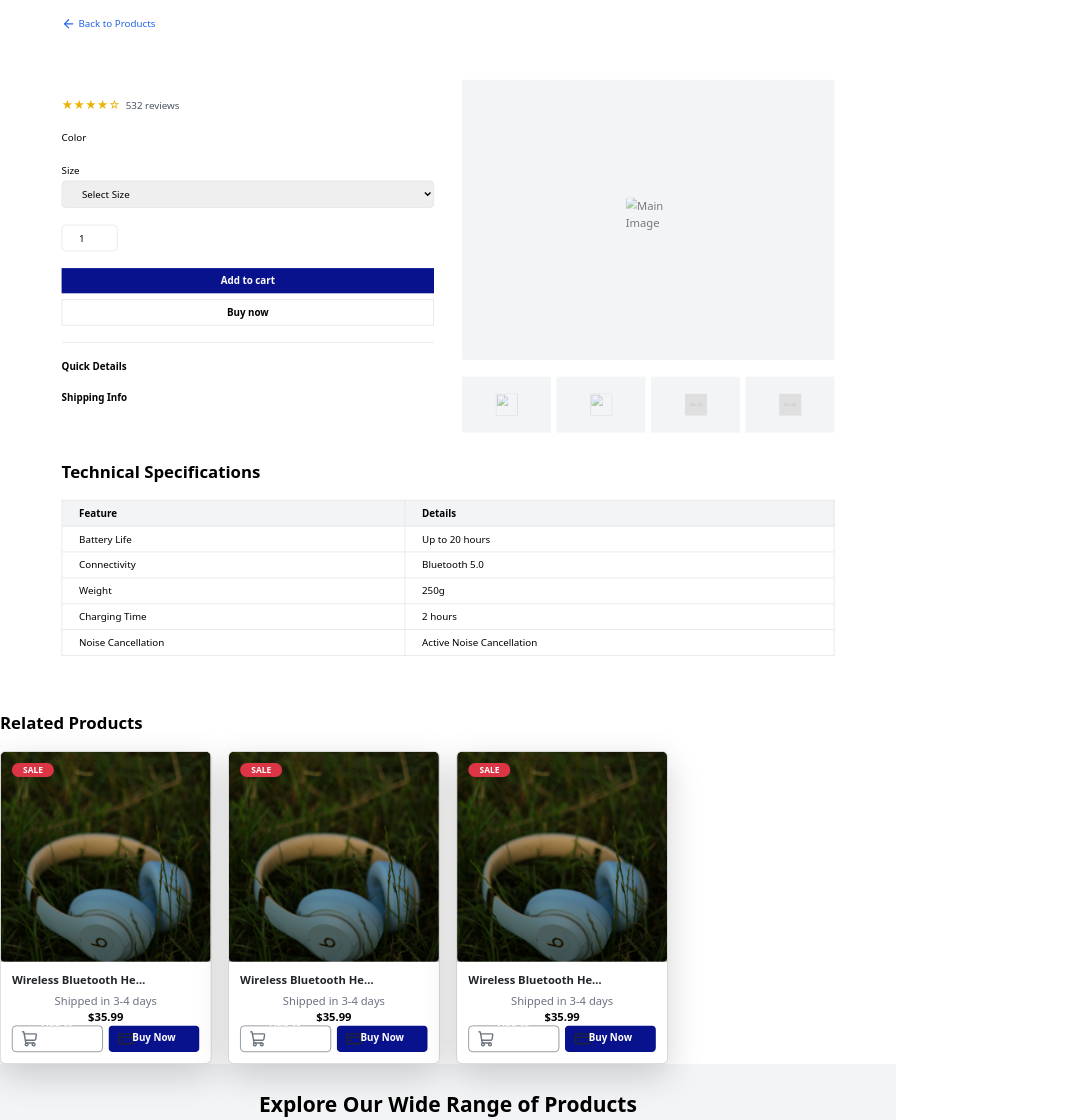
Repository: Davidobi21/macelect
Page: frontend/pages/productpage.html
An editor plug-in stored every save of this project. The page is shown before and after the next save, followed by the edit.
The browser window is 1280 px wide. The page is 1557 px wide, so the pictures cover 1557 px, including what lies to the right of the window. The pictures show the part of the page from y = 0 to 1600 px (the page is 2174 px tall before and 2260 px after), at 70% of full size.
Pictures or frames that could not be fetched are drawn as grey boxes. The page's requests for data from a server got no answer. Some web libraries are served in a nearby version.

Above is the page before, as saved 2025-04-25 07:37:09.

After the next save:
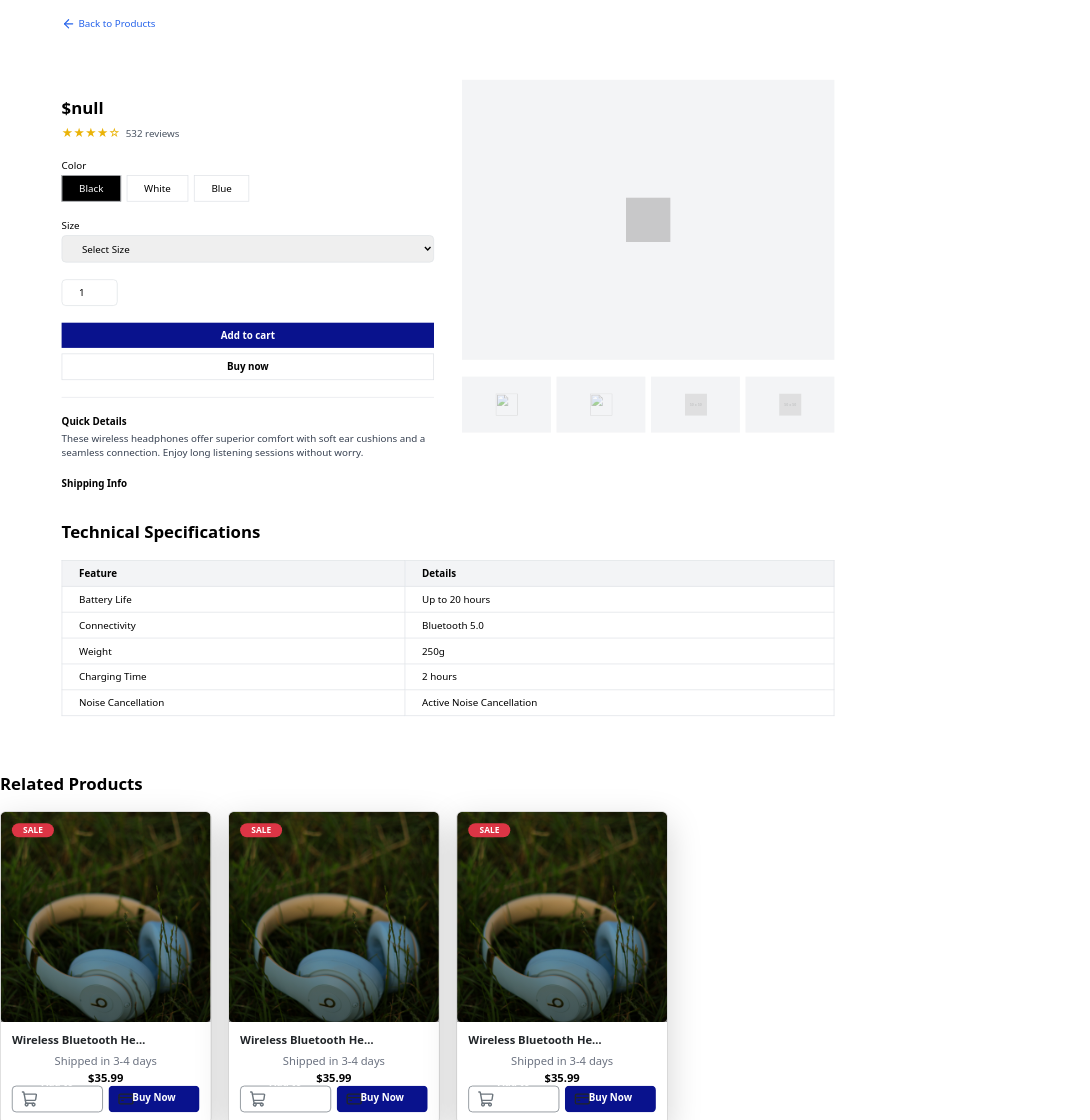
Saved 10 s later.
--- a/frontend/pages/productpage.html
+++ b/frontend/pages/productpage.html
@@ -42,14 +42,21 @@
         <!-- Color Options -->
         <div class="mb-4">
           <p class="text-sm font-medium mb-1">Color</p>
-          <div class="flex space-x-2 color-options"></div>
+          <div class="flex space-x-2">
+            <button class="px-4 py-2 bg-black text-white border border-gray-300 text-sm">Black</button>
+            <button class="px-4 py-2 border border-gray-300 text-sm">White</button>
+            <button class="px-4 py-2 border border-gray-300 text-sm">Blue</button>
+          </div>
         </div>
 
         <!-- Size Dropdown -->
         <div class="mb-4">
           <p class="text-sm font-medium mb-1">Size</p>
-          <select class="w-full border border-gray-300 rounded px-4 py-2 text-sm size-dropdown">
+          <select class="w-full border border-gray-300 rounded px-4 py-2 text-sm">
             <option value="">Select Size</option>
+            <option value="small">Small</option>
+            <option value="medium">Medium</option>
+            <option value="large">Large</option>
           </select>
         </div>
 
@@ -67,10 +74,11 @@
         <!-- Details -->
         <div class="border-t pt-4">
           <h2 class="font-semibold text-sm mb-1">Quick Details</h2>
-          <p class="text-sm text-gray-700 mb-4 quick-details"></p>
+          <p class="text-sm text-gray-700 mb-4">
+            These wireless headphones offer superior comfort with soft ear cushions and a seamless connection. Enjoy long listening sessions without worry.
+          </p>
 
           <h2 class="font-semibold text-sm mb-1 cursor-pointer">Shipping Info</h2>
-          <p class="text-sm text-gray-700 shipping-info"></p>
         </div>
       </div>
 
@@ -303,56 +311,26 @@
   </footer>
   <script src="https://cdn.jsdelivr.net/npm/bootstrap@5.3.0-alpha1/dist/js/bootstrap.bundle.min.js"></script>
   <script>
-    document.addEventListener("DOMContentLoaded", async () => {
+    document.addEventListener("DOMContentLoaded", () => {
+        // Parse query parameters
         const urlParams = new URLSearchParams(window.location.search);
-        const productId = urlParams.get("id");
-
-        if (!productId) {
-            console.error("Product ID not found in the URL.");
-            return;
-        }
-
-        try {
-            // Fetch product details from the backend
-            const response = await fetch(`http://localhost:5000/api/products/${productId}`);
-            const product = await response.json();
-
-            // Update the product page with the fetched details
-            document.querySelector("h1").textContent = product.name;
-            document.querySelector(".product-category").textContent = product.category;
-            document.querySelector(".product-price").textContent = `$${product.price}`;
-            document.querySelector(".main-product-image").src = `http://localhost:5000${product.images[0]}`;
-
-            // Update thumbnails
+        const name = urlParams.get("name");
+        const category = urlParams.get("category");
+        const price = urlParams.get("price");
+        const mainImage = urlParams.get("mainImage");
+        const hoverImage = urlParams.get("hoverImage");
+
+        // Update the product page with the details
+        document.querySelector("h1").textContent = name;
+        document.querySelector(".product-category").textContent = category;
+        document.querySelector(".product-price").textContent = `$${price}`;
+        document.querySelector(".main-product-image").src = mainImage;
+
+        // Update thumbnails if hoverImage exists
+        if (hoverImage) {
             const thumbnails = document.querySelectorAll(".thumbnail");
-            thumbnails[0].src = `http://localhost:5000${product.images[0]}`;
-            if (product.images[1]) {
-                thumbnails[1].src = `http://localhost:5000${product.images[1]}`;
-            }
-
-            // Update color options
-            const colorContainer = document.querySelector(".color-options");
-            colorContainer.innerHTML = product.colors.map(color => `
-                <button class="px-4 py-2 border border-gray-300 text-sm" style="background-color: ${color};">${color}</button>
-            `).join("");
-
-            // Update size options
-            const sizeDropdown = document.querySelector(".size-dropdown");
-            sizeDropdown.innerHTML = product.sizes.map(size => `
-                <option value="${size}">${size}</option>
-            `).join("");
-
-            // Update quick details
-            const quickDetails = document.querySelector(".quick-details");
-            quickDetails.textContent = product.quickDetails;
-
-            // Update shipping info
-            const shippingInfo = document.querySelector(".shipping-info");
-            shippingInfo.textContent = product.shippingInfo || "N/A";
-
-        } catch (err) {
-            console.error("Error fetching product details:", err);
-            document.querySelector(".main-content").innerHTML = '<p class="text-danger">Failed to load product details. Please try again later.</p>';
+            thumbnails[0].src = mainImage;
+            thumbnails[1].src = hoverImage;
         }
     });
   </script>
